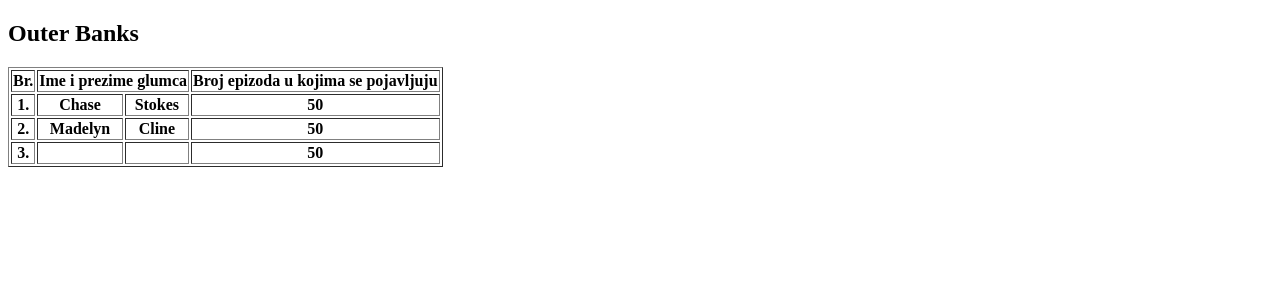
Repository: larabiondic/wp_biondic_lara
Page: Domace zadace/Zadaća.2.html
An editor plug-in stored every save of this project. The page is shown before and after the next save, followed by the edit.
The browser window is 1280 px wide. The pictures show the whole page.

Above is the page before, as saved 2025-11-03 20:04:06.

After the next save:
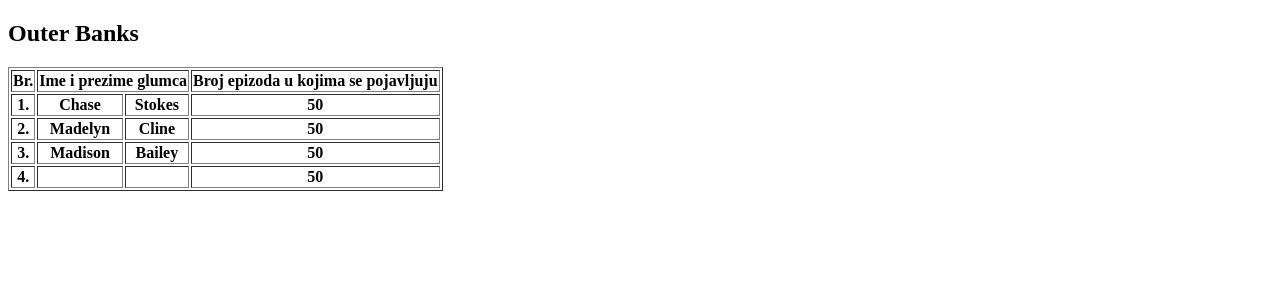
Saved 2 min 48 s later.
--- a/Domace zadace/Zadaća.2.html
+++ b/Domace zadace/Zadaća.2.html
@@ -29,6 +29,12 @@
         </tr>
         <tr>
             <th>3.</th>
+            <th>Madison</th>
+            <th>Bailey</th>
+            <th>50</th>
+        </tr>
+        <tr>
+            <th>4.</th>
             <th></th>
             <th></th>
             <th>50</th>
